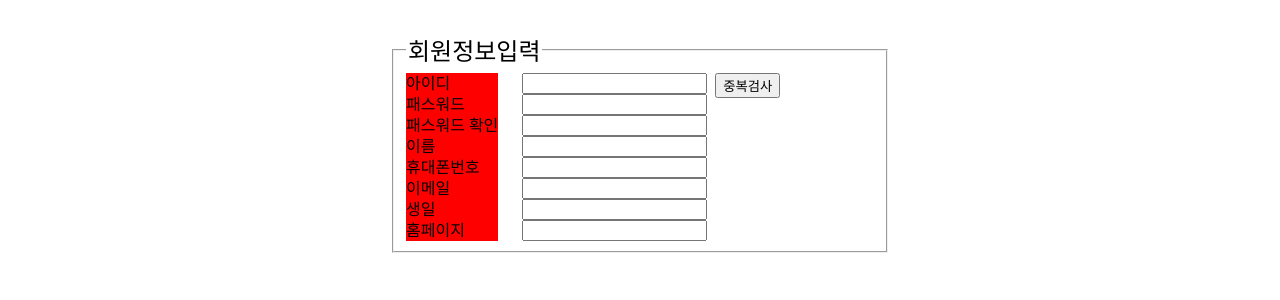
Repository: saysang22/servlet
Page: http://localhost/BookMarket/validationExample.jsp
An editor plug-in stored every save of this project. The page is shown before and after the next save, followed by the edit.
The browser window is 1280 px wide. The pictures show the whole page.
The page is served by Tomcat 10. Other server files are loaded and not shown.

Above is the page before, as saved 2024-05-31 07:58:08.

### BookMarket/src/main/webapp/validationExample.jsp
<%@ page language="java" contentType="text/html; charset=UTF-8"
    pageEncoding="UTF-8"%>
<!DOCTYPE html>
<html>
<head>
<meta charset="UTF-8">
<title>유효성 검사</title>
<link rel="stylesheet" href="./resources/css/validationExample.css"></link>
</head>
<body>
	<form method="post" action="#" name="signUp">
		<fieldset>
			<legend>회원정보입력</legend>
			<div class="wrap">
				<ul class="firstUl">
					<li><label>아이디</label></li>
					<li><label>패스워드</label></li>
					<li><label>패스워드 확인</label></li>
					<li><label>이름</label></li>
					<li><label>휴대폰번호</label></li>
					<li><label>이메일</label></li>
					<li><label>생일</label></li>
					<li><label>홈페이지</label></li>
				</ul>
				<ul class="lastUl">
					<li><input type="text" name="id"></li>
					<li><input type="text" name="passwd"></li>
					<li><input type="text" name ="passwdCk"></li>
					<li><input type="text" name="name"></li>
					<li><input type="text" name="tel"></li>
					<li><input type="text" name="email"></li>
					<li><input type="text" name="birth"></li>
					<li><input type="text" name="home"></li>
				</ul>
				<div class="idCkWrap">
					<input type="button" value="중복검사">
				</div>
			</div>
		</fieldset>
	</form>
</body>
</html>

### BookMarket/src/main/webapp/resources/css/validationExample.css
@charset "UTF-8";

form {
	width: 500px;
	margin: 2rem auto 0;
}

legend {
	font-size: 1.5rem;
}

ul {
	list-style: none;
	padding: 0;
	margin: 0;

}

.wrap {
	display: flex;

}

.firstUl li{
	height: 21px;
	line-height: 21px;
	background: red;
}

.lastUl {
	margin: 0 0 0 1.5rem;
}

.idCkWrap {
	margin: 0 0 0 .5rem;

}

After the next save:
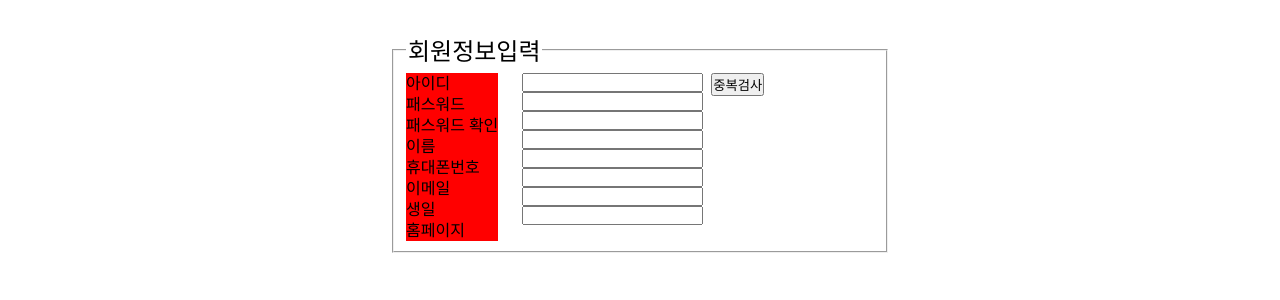
Saved 42 s later.
--- a/BookMarket/src/main/webapp/resources/css/validationExample.css
+++ b/BookMarket/src/main/webapp/resources/css/validationExample.css
@@ -7,6 +7,11 @@ form {
 
 legend {
 	font-size: 1.5rem;
+}
+
+input {
+	padding: 0;
+	margin: 0;
 }
 
 ul {
